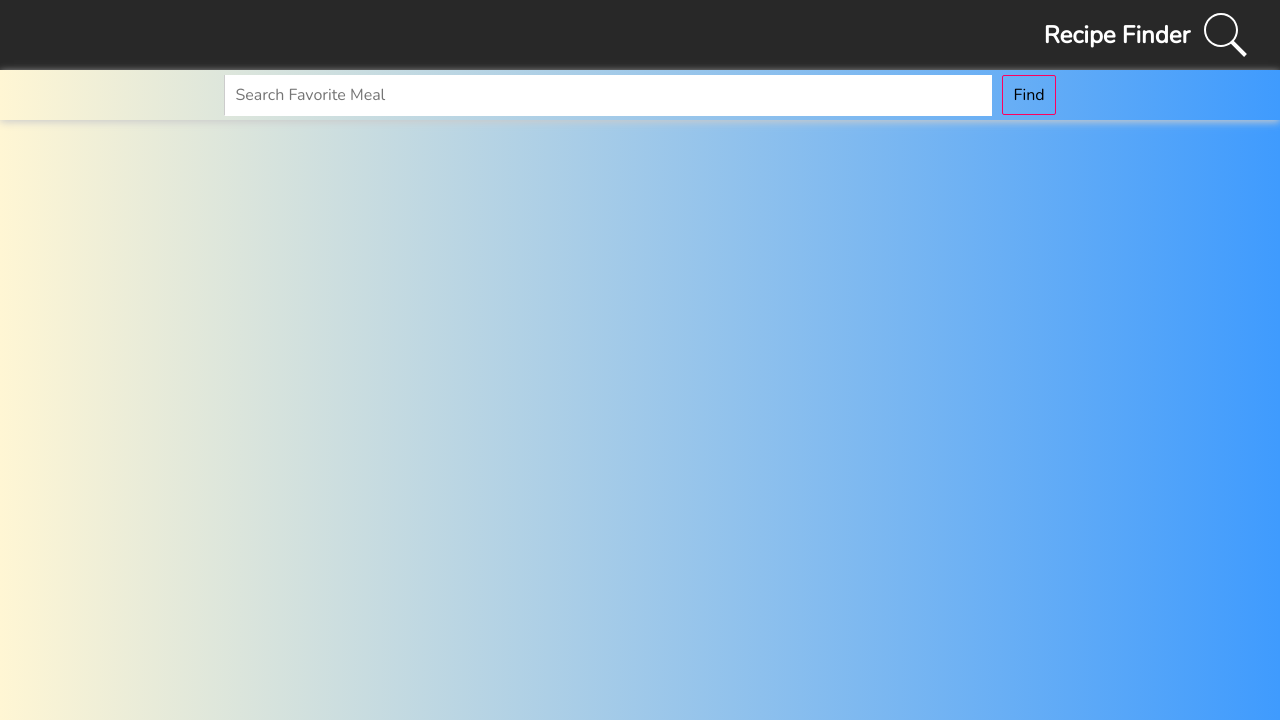
Repository: burntaftermint/recipes
Page: index.html
An editor plug-in stored every save of this project. The page is shown before and after the next save, followed by the edit.
The browser window is 1280 px wide. The pictures show the whole page.
The page's requests for data from a server got no answer.

Above is the page before, as saved 2023-11-07 03:33:45.

### index.html
<!DOCTYPE html>
<html lang="en">
<head>
    <meta charset="UTF-8">
    <meta name="viewport" content="width=device-width, initial-scale=1.0">
    <title>Recipe Finder</title>
    <link rel="stylesheet" href="style.css">
    <script src="app.js" defer></script>
</head>
<body>
    <header>
        <h2>Recipe Finder</h2>
        <img src="images/search.svg" alt="Search">
    </header>
    <section class="container">
        <div id="loading"></div>
        <div class="search">
            <input id="txtSearch" type="text" placeholder="Search Favorite Meal" autofocus>
            <button class="btn">Find</button>
        </div>
        <div id="recipe-container">

</div>
    </section>
</body>
</html>

### style.css
@import url('https://fonts.googleapis.com/css2?family=Architects+Daughter&family=Kumbh+Sans:wght@400;700&family=Montserrat:ital,wght@0,100;0,200;0,300;0,400;0,500;0,600;0,700;0,800;0,900;1,100;1,200;1,300;1,400;1,500;1,600;1,700;1,800;1,900&family=Nunito&family=Roboto:wght@300&family=Rubik:wght@400;500;600;700;800&display=swap');
:root {
    --light-color: #fff;
    --dark-color: #282828;
    --header-height: 70px;
    --search-height: 50px;
    --border-color: #ccc;
}
* {
    margin: 0;
    padding: 0;
    box-sizing: border-box;
    font-family: 'Nunito', sans-serif;
}

body {
    height: 100vh;
    width: 100vw;
    background: linear-gradient(to right, #fff6d4, #3f9bfe);
    overflow: hidden;
}

.container {
    text-align: center;
    height: calc(100vh - var(--header-height));
}

header {
    height: var(--header-height);
    background: var(--dark-color);
    display: flex;
    align-items: center;
    justify-content: flex-end;
    color: var(--light-color);
    gap: 10px;
    padding-right: 30px;
}

header img {
    filter: invert(1);
}

.search {
    display: flex;
    justify-content: center;
    align-items: center;
    height: var(--search-height);
    gap: 10px;
    box-shadow: 0px 2px 8px 0px var(--border-color);
}

.search input[type="text"] {
    padding: 8px 10px;
    line-height: 1.5;
    font-size: 1rem;
    border: none;
    border-left: 1px solid var(--border-color);
    border-bottom: 1px solid transparent;
    outline: none;
    transition: all 200ms ease-in-out;
    width: 60%;

}

.search input[type="text"] :focus {
    border-left-color: transparent;
    border-bottom-color: var(--border-color);
    width: 61%;
}

.btn {
    padding: 8px 10px;
    background: transparent;
    border-radius: 2px;
    user-select: none;
    font-size: 1rem;
    border: 1px solid #ff005d;
    cursor: pointer;
}

.btn:hover {
    background: #ff005d;
    border-color: var(--light-color);
}

#recipe-container {
    display: flex;
    justify-content: center;
    align-items: flex-start;
    flex-wrap: wrap;
    height: calc(100vh - (var(--header-height) + var(--search-height) + 20px));
    overflow: hidden;
    overflow-y: auto;
}

.recipe {
    height: 300px;
    width: 300px;
    padding: 8px;
    box-shadow: 0px 0px 8px 2px #282828;
    margin: 20px;
    transition: all 200ms ease-in-out;
    border-radius: 4px 4px 0px 0px;
    background: linear-gradient(to top, #fff6d4, #fca8ff)
}

.recipe-title {
    height: 70px;
    display: flex;
    align-items: center;
    justify-content: center;
    font-size: 1rem;
    padding: 5px;
}

.recipe-image {
    height: 210px;
}

.recipe-image img {
    height: 100%;
    width: 100%;
}

.recipe-text {
    height: 0px;
    visibility: hidden;
    opacity: 0;
    transition: all 200ms ease-in-out;
    background: #ccc;
    margin-top: 20px;
    overflow: hidden;
    overflow-y: auto;
    transform: scale(.8);
    transform-origin: top left;
}

.recipe-text ul {
    list-style-type: circle;
    list-style-position: inside;
    text-align: left;
    padding: 5px;
}

.recipe-text ul > li {
    padding: 5px;
}

.recipe:hover .recipe-text {
    height: 120px;
    visibility: visible;
    opacity: 1;
    transform: scale(1);
}

.recipe:hover{
    height: 440px;
}

::selection {
    color: var(--light-color);
    background: rgb(177, 33, 249);
}

#loading {
    background: url(images/Spinnercolor.gif) no-repeat center center;
    position: absolute;
    width: 100%;
    height: 100%;
    z-index: 999;
}

.hide {
    display: none;
}

@media only screen and (max-width: 700px) {
    body{
        background: linear-gradient(to right, #fff6d4, #3f9bfe);
    }
    .recipe {
        background: linear-gradient(to top, #fff6d4, #fca8ff);
    }
}

### app.js
const appId = "4b9421ae";
const appKey = "bbff63d7d53d545896d77f31eca36816";
const baseUrl = `https://api.edamam.com/api/recipes/v2?type=public&app_id=${appId}&app_key=${appKey}`;
const recipeContainer = document.querySelector("#recipe-container");
const txtSearch = document.querySelector("#txtSearch");
const btnFind = document.querySelector(".btn");
const loadingEle = document.querySelector("#loading");

btnFind.addEventListener("click", () => loadRecipes(txtSearch.value));

txtSearch.addEventListener("keyup", (e) => {
    const inputVal = txtSearch.value;
    if (e.keyCode === 13) {
        loadRecipes(inputVal);
    }
});

const toggleLoad = (element, isShow) => {
    element.classList.toggle("hide", isShow);
}
const setScrollPosition = () => {
    recipeContainer.scrollTo({ top:0, behavior: "smooth" });
}
function loadRecipes(type="panner") {
    toggleLoad(loadingEle, false)
    const url=baseUrl+ `&q=${type}`;
    fetch(url)
    .then((res) => res.json())
    .then((data) => {
        renderRecipes(data.hits);
        toggleLoad(loadingEle, true);
    })
    .catch((error) => toggleLoad(loadingEle, true))
    .finally(() => setScrollPosition());
}
loadRecipes();

const getRecipeStepsStr = (ingredientLines = []) => {
    let str = "";
    for(var step of ingredientLines) {
        str = str + `<li>${step}</li>`;
    }
    return str;
};

const renderRecipes = (recipeList=[]) => {
    recipeContainer.innerHTML = "";
    recipeList.forEach((recipeObj) => {
            const {
                label: recipeTitle,
                 ingredientLines,
                  image:recipeImage
                } = recipeObj.recipe;
                const recipeStepsStr = getRecipeStepsStr(ingredientLines);
        const htmlStr = `<div class="recipe">
                <div class="recipe-title">${recipeTitle}</div>
                <div class="recipe-image">
                    <img src="${recipeImage}" alt="Recipe">
                </div>


        <div class="recipe-text">
            <ul>
                ${recipeStepsStr}
            </ul>
        </div>
    </div>`;
    recipeContainer.insertAdjacentHTML("beforeend", htmlStr);
    })
}

After the next save:
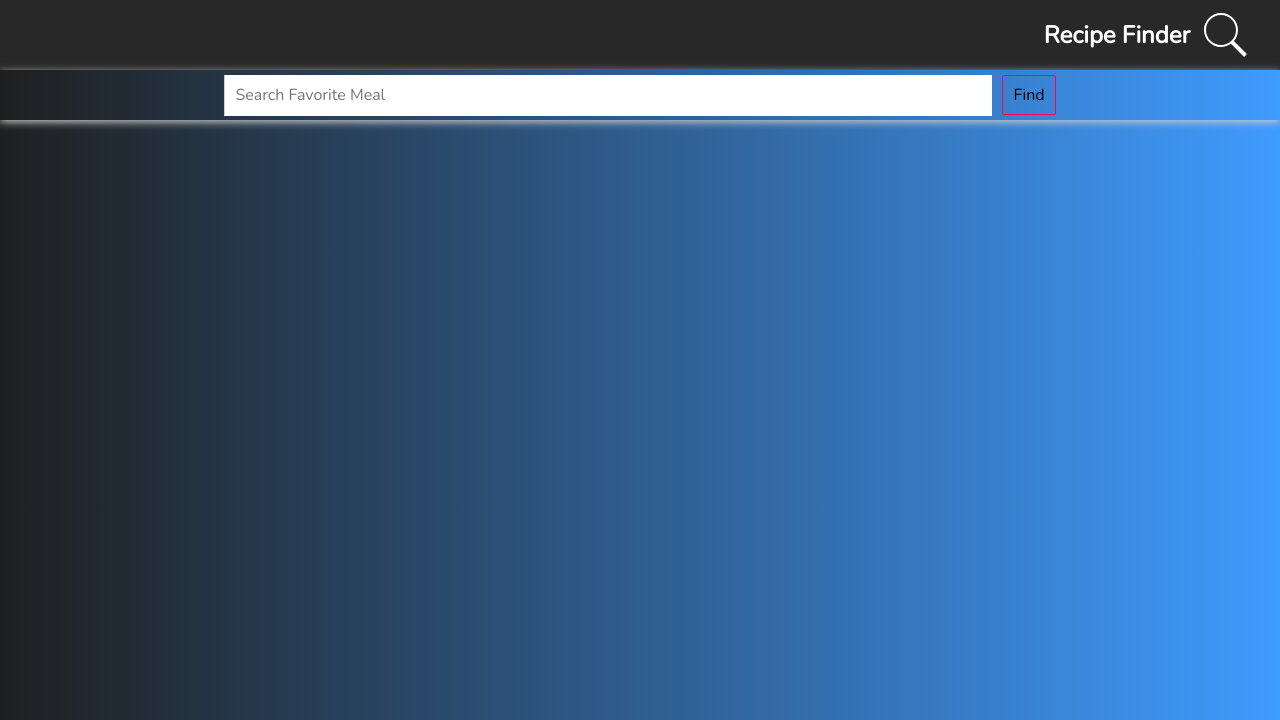
Saved 24 s later.
--- a/style.css
+++ b/style.css
@@ -16,7 +16,7 @@
 body {
     height: 100vh;
     width: 100vw;
-    background: linear-gradient(to right, #fff6d4, #3f9bfe);
+    background: linear-gradient(to right, #1f1f1f, #3f9bfe);
     overflow: hidden;
 }
 
